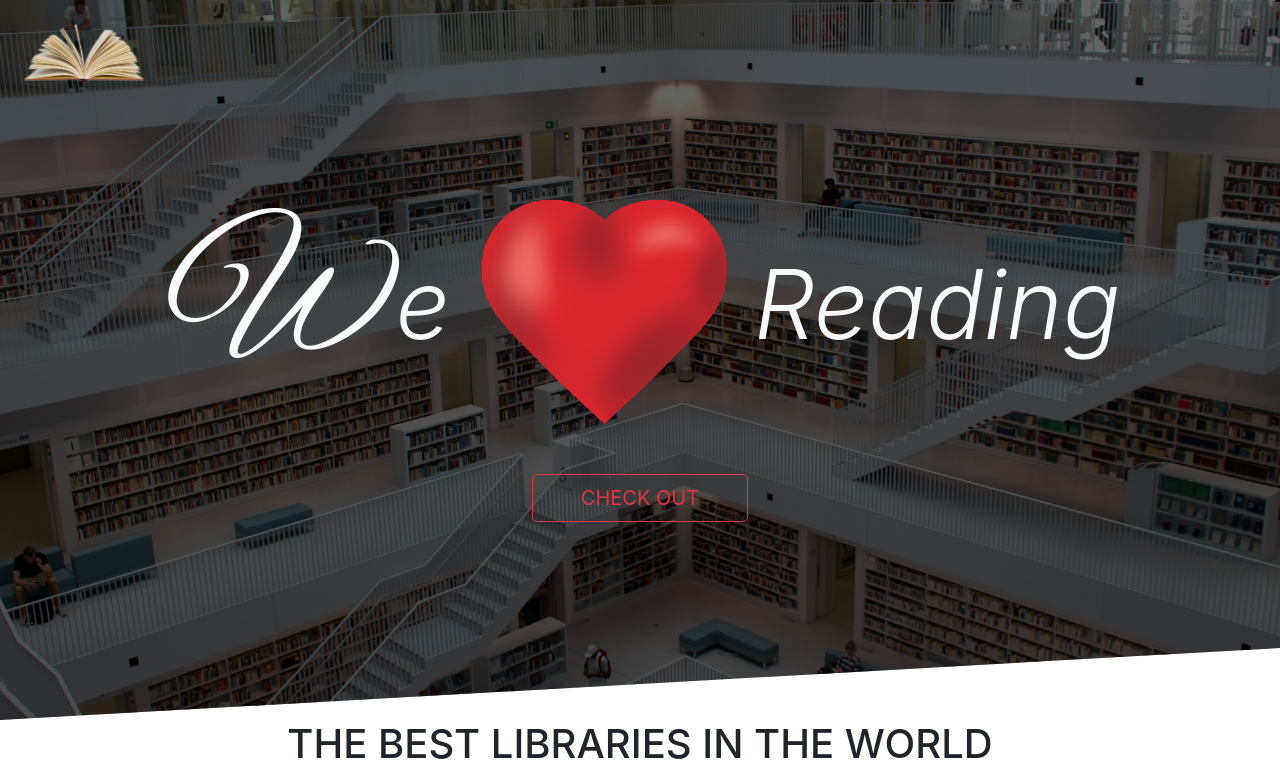
Repository: imedakrouti/BookStore
Page: index.html
These files come from the project's save history. The page is drawn as it stood at one moment and after the next save; the edit follows.
The browser window is 1280 px wide. The pictures show the whole page.
Backgrounds fixed to the window are drawn as part of the page. Some web libraries are served in a nearby version.

Above is the page before, as saved 2020-05-05 18:18:28.

After the next save:
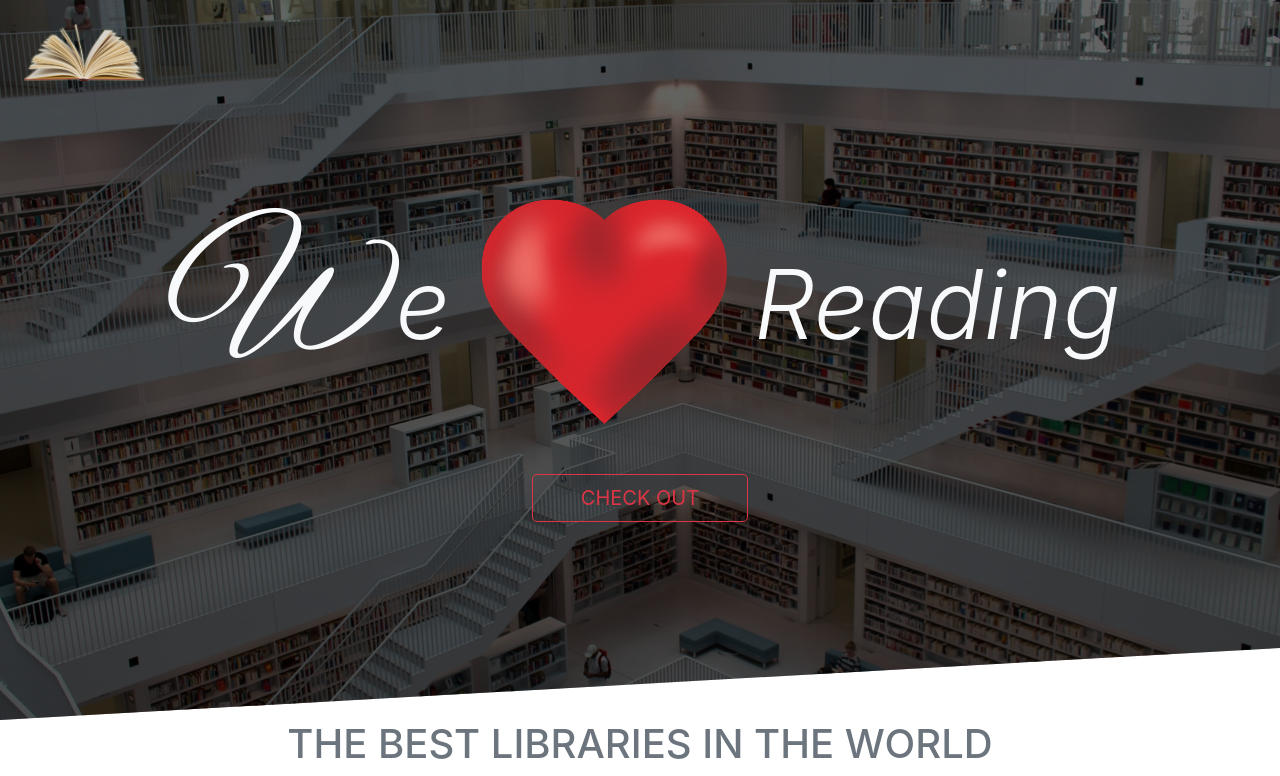
Saved 19 s later.
--- a/index.html
+++ b/index.html
@@ -37,7 +37,7 @@
         <div class="container">
             <div class="row">
                 <div class="col text-center">
-                    <h1 class="text-uppercase text-itaclic">THE BEST LIBRARIES IN THE WORLD</h1>
+                    <h1 class="text-uppercase font-itaclic text-secondary ">THE BEST LIBRARIES IN THE WORLD</h1>
                 </div>
             </div>
         </div>
